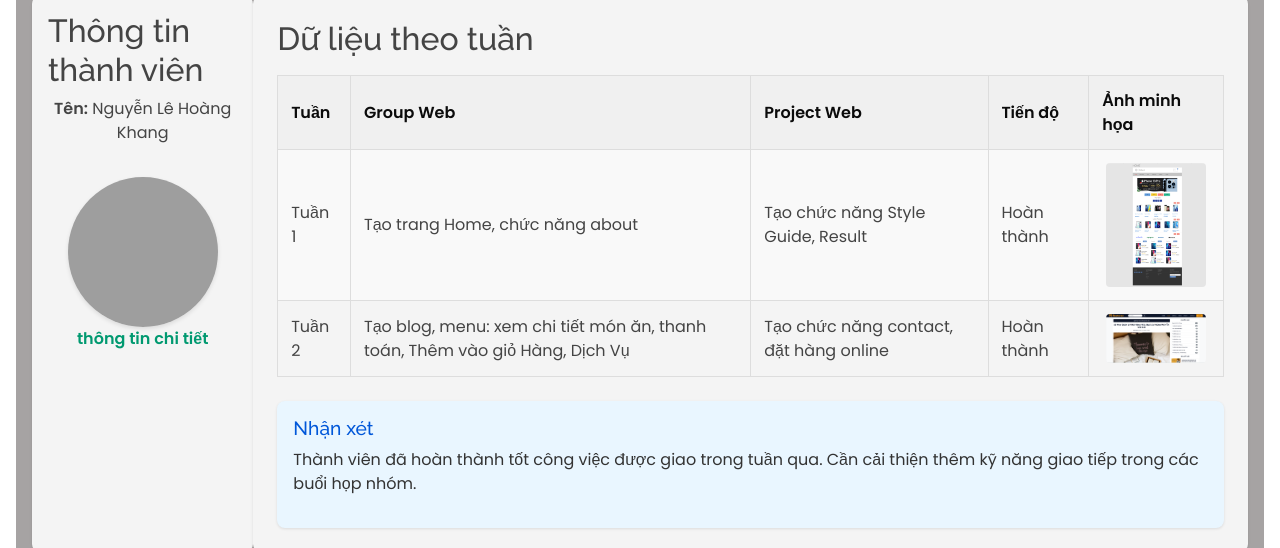
Repository: HoangKhangKhuPho4/Group_Web
Page: results.html
The author's editor kept a copy of each file at every save. The page is drawn from the files as they stood at one save, then again after the next save.
The browser window is 1280 px wide. The pictures show the part of the page from y = 1113 to 1661 px (the page is 3095 px tall).
Pictures or frames that could not be fetched are drawn as grey boxes. A picture or video elsewhere on the page could not be fetched, so the positions and the page height are approximate.

Above is the page before, as saved 2025-01-18 19:43:50.

After the next save:
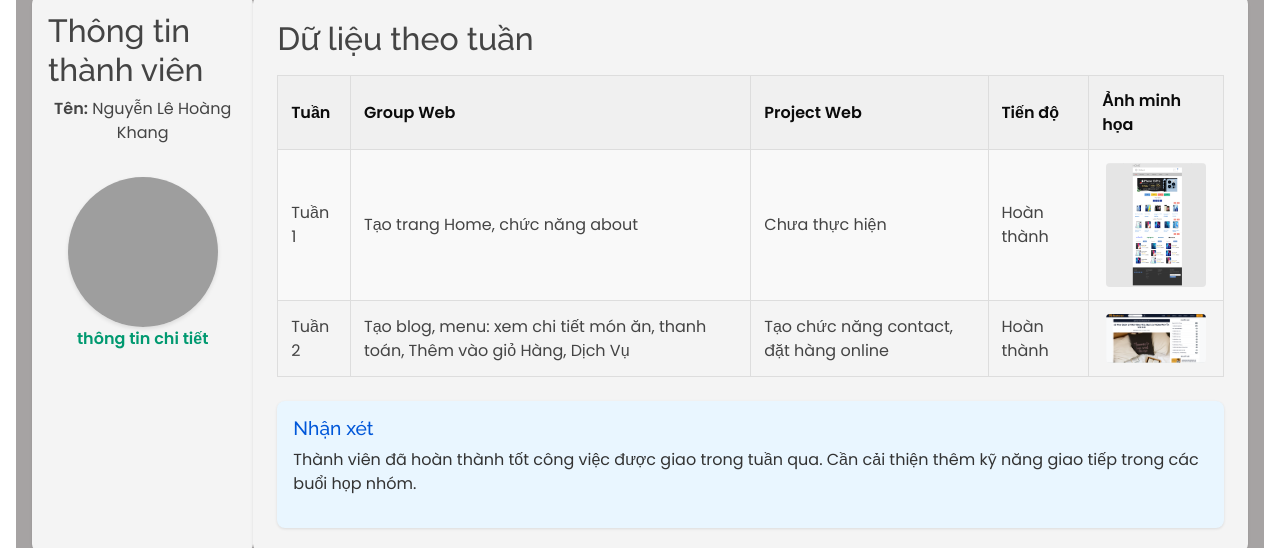
Saved 7 min 56 s later.
--- a/results.html
+++ b/results.html
@@ -203,7 +203,7 @@
                 <tr>
                     <td>Tuần 1</td>
                     <td>Tạo trang Home, chức năng about</td>
-                    <td>Tạo chức năng Style Guide, Result</td>
+                    <td>Chưa thực hiện</td>
                     <td>Hoàn thành</td>
                     <td>
                         <img src="img\project\home.png" alt="Ảnh tuần 1" class="week-photo">
